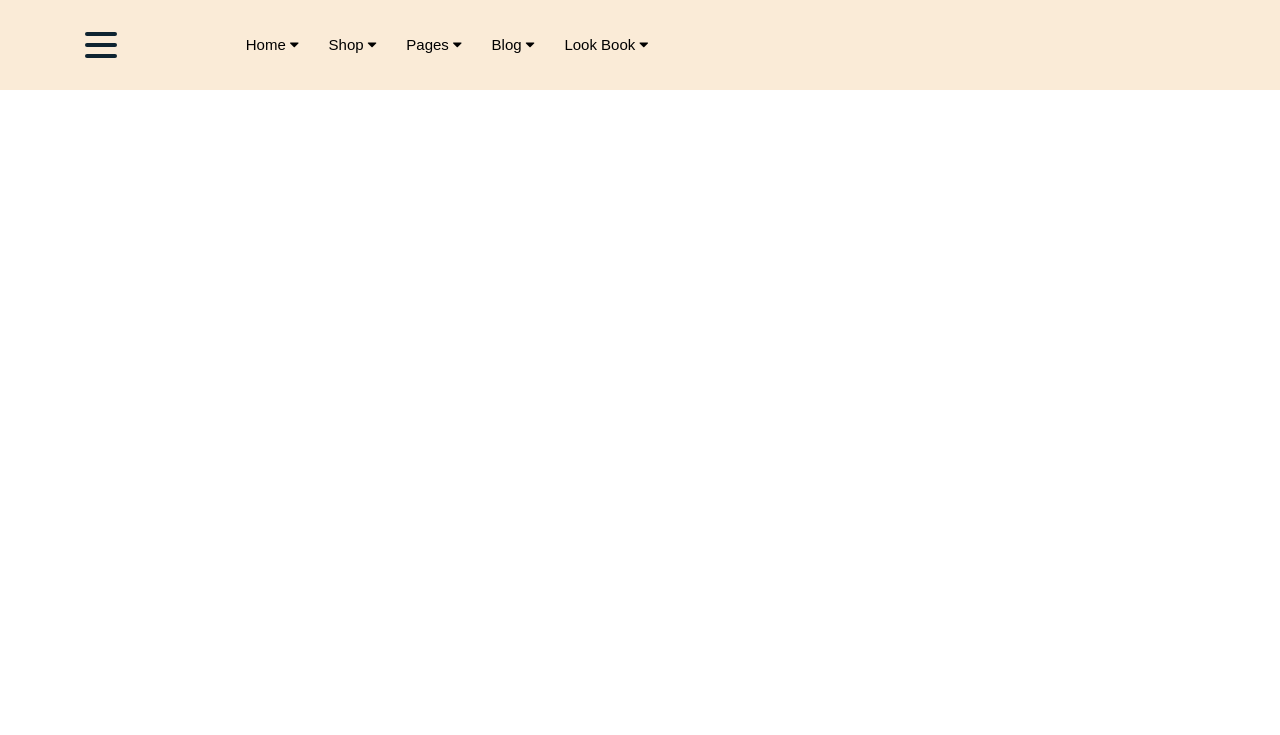
Repository: MorgunovaAlexandra/beauti
Page: index.html
These files come from the project's save history. The page is drawn as it stood at one moment and after a run of saves; the edit follows.
The browser window is 1280 px wide. The pictures show the whole page.

Above is the page before, as saved 2022-08-24 14:02:35.

After the next 2 saves:
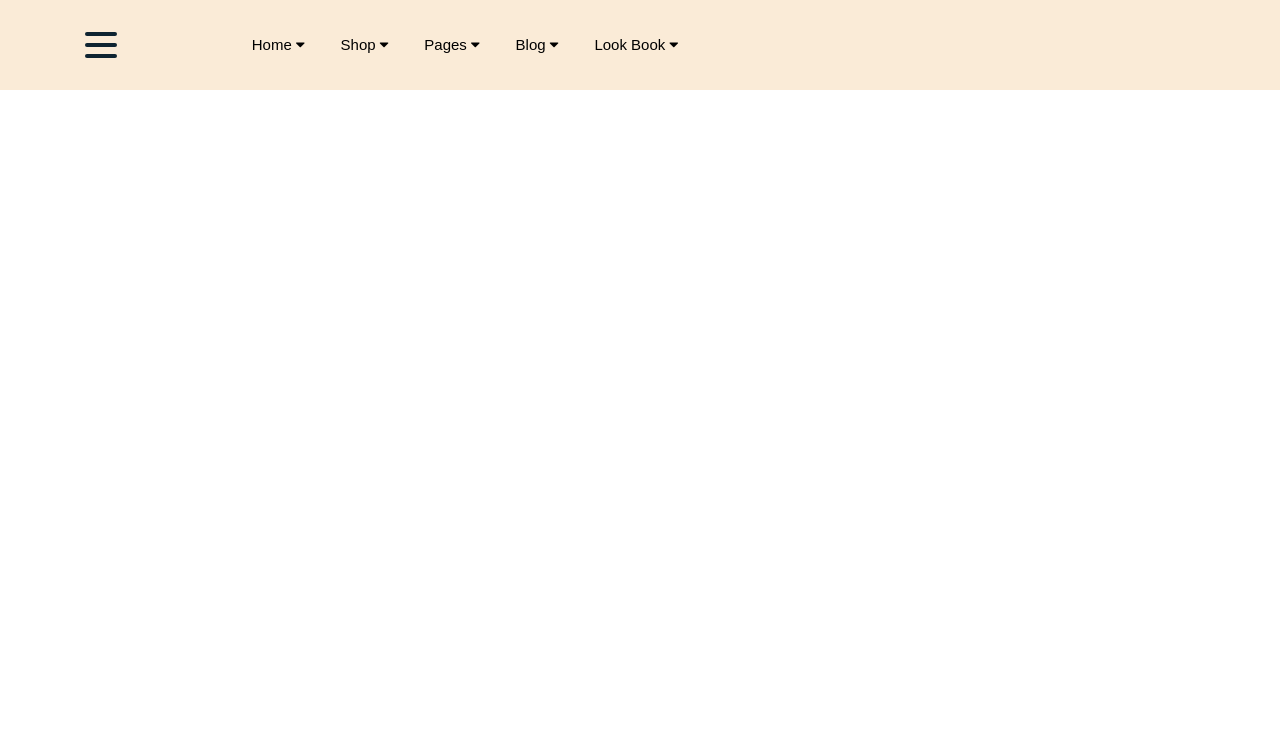
The 2 saves are shown as one change because they came seconds apart.
The last was saved 42 s later.
--- a/style.css
+++ b/style.css
@@ -82,7 +82,7 @@ a{
 .dropbtn{
     font-size: 20px;
     background-color: rgb(156, 153, 153,0) ;
-    margin-left: 30px;
+    margin-left: 36px;
     font-size: 15px;
 }
 .dropdown-content{
